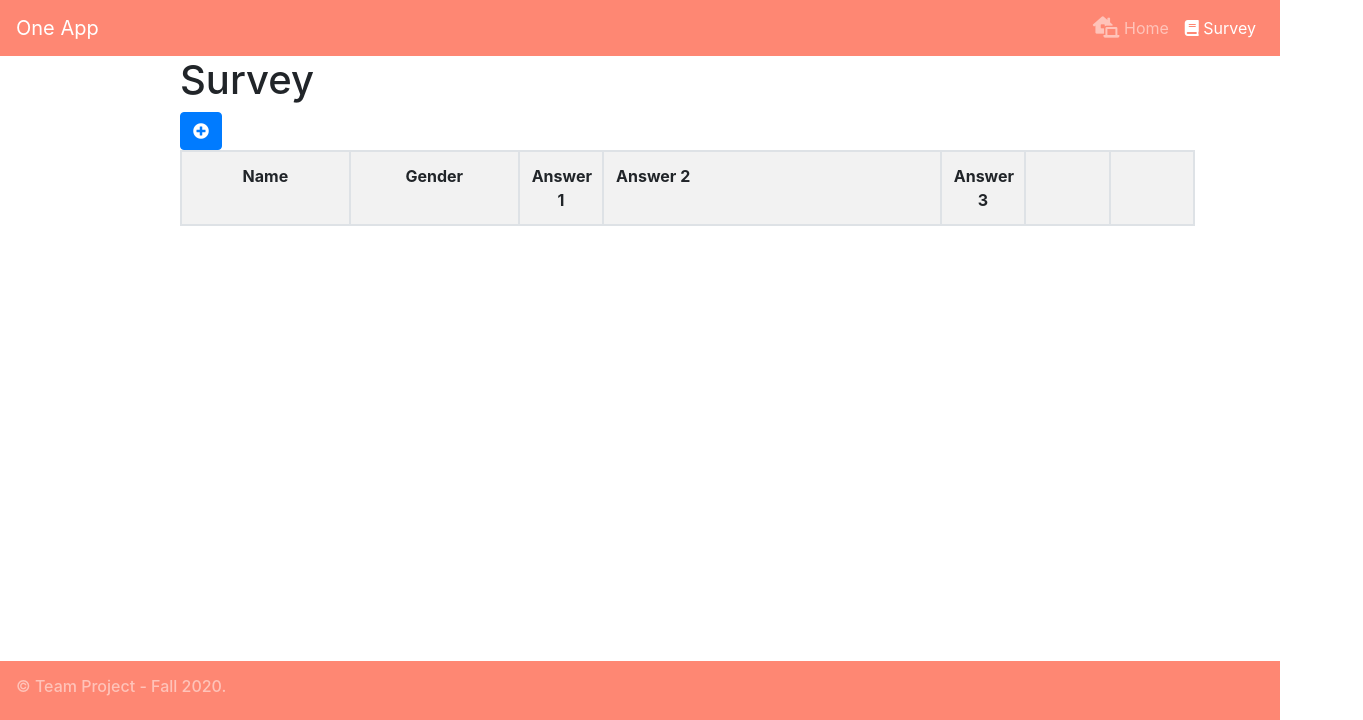
Repository: Dyazho/group-project
Page: http://localhost/survey
An editor plug-in stored every save of this project. The page is shown before and after the next save, followed by the edit.
The browser window is 1280 px wide. The page is 1280 px wide, then 1363 px, so the pictures cover 1363 px, including what lies to the right of the window. The pictures show the whole page.
The page is served by the project's Node server (server.js). Other server files are loaded and not shown. Queries for data that is not in the repository find no rows.

Above is the page before, as saved 2020-11-16 11:07:11.

### server/views/book/list.ejs
<%- include ../partials/header.ejs %>

<%- include ../partials/main_nav.ejs %>


  <!-- Main Content -->
  <main class="container">
    <div class="row">
        <div class="offset-md-1 col-md-11">
            <h1><%= title %></h1>
            <a href="/survey/add" class="btn btn-primary" role="button">
            <i class="fas fa-plus-circle"></i></a>
            <br>
            <table class="table table-bordered table-striped table-hover">
                <!-- Header Row-->
                <tr class="d-flex">
                    <th class="text-center col-2">Name</th>
                    <th class="text-center col-2">Gender</th>
                    <th class="text-center col-1">Answer 1</th>
                    <th class="col-4">Answer 2</th>
                    <th class="text-center col-1">Answer 3</th>
                    <th class="text-center col-1"></th>
                    <th class="text-center col-1"></th>
                </tr>

                <!-- Repeatable Template Row -->

                <% for(let count = 0; count < BookList.length; count++) { %>
                    <tr class="d-flex">
                        <td class="text-center col-2"><%= BookList[count].name %></td>
                        <td class="text-center col-2"><%= BookList[count].gender %></td>
                        <td class="text-center col-1"><%= BookList[count].question1 %></td>
                        <td class="col-4"><%= BookList[count].question2 %></td>
                        <td class="text-center col-1"><%= BookList[count].question3 %></td>
                        <td class="text-center col-1">
                            <a href="/survey/edit/<%= BookList[count]._id %>" class="btn btn-primary btn-sm">
                            <i class="fas fa-pencil-alt"></i> Edit</a>
                        </td>
                        <td class="text-center col-1">
                            <a href="/survey/delete/<%= BookList[count]._id %>" class="btn btn-danger btn-sm">
                            <i class="fas fa-trash-alt"></i> Delete</a>
                        </td>
                    </tr>
                <% } %>
            </table>
        </div>
    </div>
  </main>

<%- include ../partials/bottom_nav.ejs %>

<%- include ../partials/footer.ejs %>

### server/views/partials/header.ejs
<!DOCTYPE html>
<html lang="en">
<head>
  <meta charset="UTF-8">
  <meta name="viewport" content="width=device-width, initial-scale=1.0">
  <title><%= title %></title>
  <!-- CSS Section -->

  <link rel="stylesheet" href="/bootstrap/dist/css/bootstrap.min.css">
  <link rel="stylesheet" href="/@fortawesome/fontawesome-free/css/all.min.css">
  <link rel='stylesheet' href='/Content/app.css' />

</head>
<body>

### server/views/partials/main_nav.ejs
<!-- Main Navigation -->
  <nav class="navbar navbar-expand-lg navbar-dark navbar-colorr">

    <a class="navbar-brand" href="/survey"> One App</a>
    <button class="navbar-toggler" type="button" data-toggle="collapse" data-target="#navbarSupportedContent" aria-controls="navbarSupportedContent" aria-expanded="false" aria-label="Toggle navigation">
      <span class="navbar-toggler-icon"></span>
    </button>

    <div class="collapse navbar-collapse" id="navbarSupportedContent">
      <ul class="navbar-nav ml-auto">

        <% if (title == "Home"){ %>
        <li class="nav-item active">
        <% } else  { %>
        <li class="nav-item">
        <% } %>
          <a class="nav-link" href="/home"><i class="fas fa-lg fa-laptop-house"></i> Home </a>
        </li>


        <% if (title == "Survey") { %>
        <li class="nav-item active">
        <% } else  { %>
        <li class="nav-item">
        <% } %>
          <a class="nav-link" href="/survey"><i class="fas fa-book"></i> Survey </a>
        </li>


    </div>
  </nav>

### server/views/partials/bottom_nav.ejs
<!-- Bottom Nav -->
  <footer>
    <nav class="navbar fixed-bottom navbar-dark navbar-colorr">
      <h6 class="display-6 navbar-text">&copy; Team Project - Fall 2020.</h6>
    </nav>
  </footer>

### server.js
#!/usr/bin/env node


/*  Sanamdeep Singh
    301107513       */


/**
 * Module dependencies.
 */

var app = require('./server/config/app');
var debug = require('debug')('week-4:server');
var http = require('http');

/**
 * Get port from environment and store in Express.
 */

var port = normalizePort(process.env.PORT || '3000');
app.set('port', port);

/**
 * Create HTTP server.
 */

var server = http.createServer(app);

/**
 * Listen on provided port, on all network interfaces.
 */

server.listen(port);
server.on('error', onError);
server.on('listening', onListening);

/**
 * Normalize a port into a number, string, or false.
 */

function normalizePort(val) {
  var port = parseInt(val, 10);

  if (isNaN(port)) {
    // named pipe
    return val;
  }

  if (port >= 0) {
    // port number
    return port;
  }

  return false;
}

/**
 * Event listener for HTTP server "error" event.
 */

function onError(error) {
  if (error.syscall !== 'listen') {
    throw error;
  }

  var bind = typeof port === 'string'
    ? 'Pipe ' + port
    : 'Port ' + port;

  // handle specific listen errors with friendly messages
  switch (error.code) {
    case 'EACCES':
      console.error(bind + ' requires elevated privileges');
      process.exit(1);
      break;
    case 'EADDRINUSE':
      console.error(bind + ' is already in use');
      process.exit(1);
      break;
    default:
      throw error;
  }
}

/**
 * Event listener for HTTP server "listening" event.
 */

function onListening() {
  var addr = server.address();
  var bind = typeof addr === 'string'
    ? 'pipe ' + addr
    : 'port ' + addr.port;
  debug('Listening on ' + bind);
}

### server/controllers/book.js
let express = require('express');
let router = express.Router();
let mongoose = require('mongoose');

// create a reference to the model
let Book = require('../models/book');

module.exports.displayBookList = (req, res, next) => {
    Book.find((err, bookList) => {
        if(err)
        {
            return console.error(err);
        }
        else
        {
            //console.log(BookList);

            res.render('book/list', {title: 'Survey', BookList: bookList});
        }
    });
}

module.exports.displayAddPage = (req, res, next) => {
    res.render('book/add', {title: 'Add'})
}

module.exports.processAddPage = (req, res, next) => {
    let newBook = Book({
        "name": req.body.name,
        "author": req.body.author,
        "published": req.body.published,
        "description": req.body.description,
        "price": req.body.price
    });

    Book.create(newBook, (err, Book) =>{
        if(err)
        {
            console.log(err);
            res.end(err);
        }
        else
        {
            // refresh the book list
            res.redirect('/survey');
        }
    });

}

module.exports.displayEditPage = (req, res, next) => {
    let id = req.params.id;

    Book.findById(id, (err, bookToEdit) => {
        if(err)
        {
            console.log(err);
            res.end(err);
        }
        else
        {
            //show the edit view
            res.render('book/edit', {title: 'Edit', book: bookToEdit})
        }
    });
}

module.exports.processEditPage = (req, res, next) => {
    let id = req.params.id

    let updatedBook = Book({
        "_id": id,
        "name": req.body.name,
        "author": req.body.author,
        "published": req.body.published,
        "description": req.body.description,
        "price": req.body.price
    });

    Book.updateOne({_id: id}, updatedBook, (err) => {
        if(err)
        {
            console.log(err);
            res.end(err);
        }
        else
        {
            // refresh the book list
            res.redirect('/survey');
        }
    });
}

module.exports.performDelete = (req, res, next) => {
    let id = req.params.id;

    Book.remove({_id: id}, (err) => {
        if(err)
        {
            console.log(err);
            res.end(err);
        }
        else
        {
             // refresh the book list
             res.redirect('/survey');
        }
    });
}

### public/Content/app.css
/* custom css goes here */

.navbar-colorr {
  background-color: #fe8773;
}

### public/Scripts/app.js
/*  Sanamdeep Singh
    301107513       */


// IIFE -- Immediately Invoked Function Expression
(function(){

    function Start()
    {
        console.log("App Started...");

        let deleteButtons = document.querySelectorAll('.btn-danger');

        for(button of deleteButtons)
        {
            button.addEventListener('click', (event)=>{
                if(!confirm("Are you sure?"))
                {
                    event.preventDefault();
                    window.location.assign('/book-list');
                }
            });
        }
    }

    window.addEventListener("load", Start);

})();

Loaded but not shown: server/views/partials/footer.ejs (common file)

After the next save:
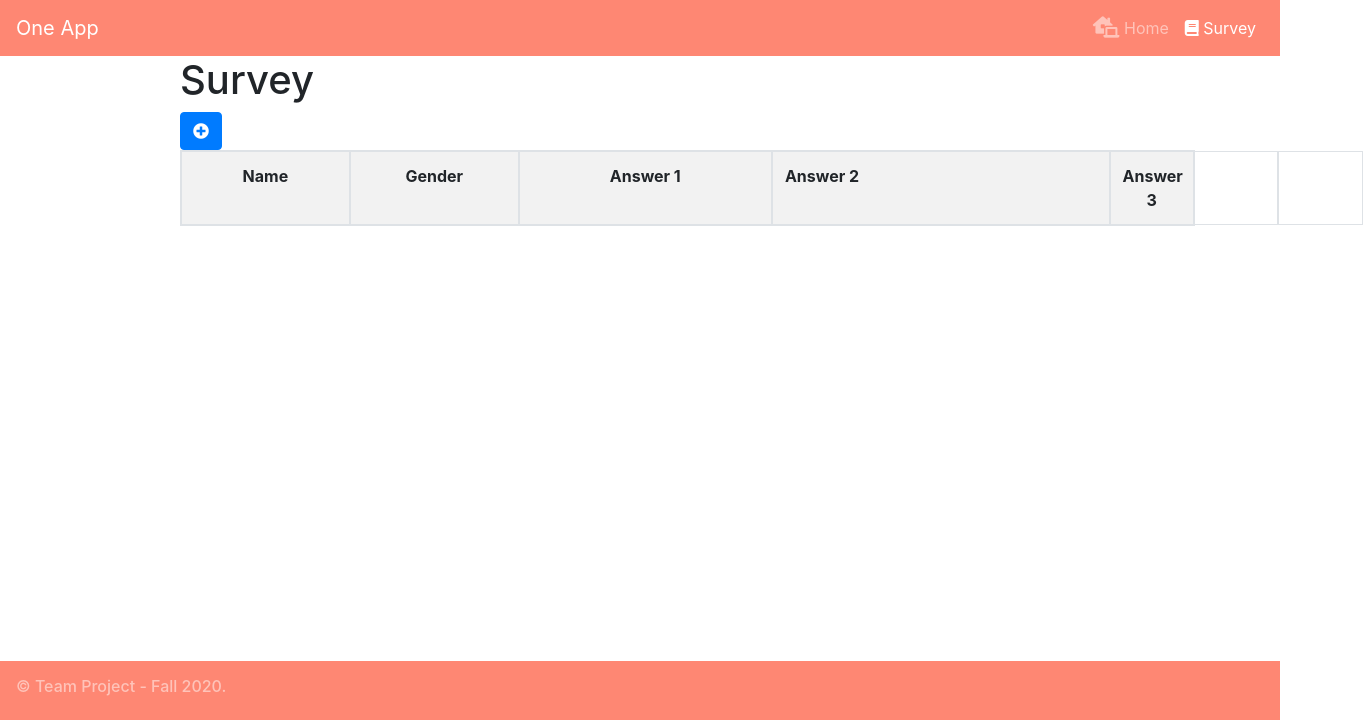
Saved 13 s later.
--- a/server/views/book/list.ejs
+++ b/server/views/book/list.ejs
@@ -16,7 +16,7 @@
                 <tr class="d-flex">
                     <th class="text-center col-2">Name</th>
                     <th class="text-center col-2">Gender</th>
-                    <th class="text-center col-1">Answer 1</th>
+                    <th class="text-center col-3">Answer 1</th>
                     <th class="col-4">Answer 2</th>
                     <th class="text-center col-1">Answer 3</th>
                     <th class="text-center col-1"></th>
